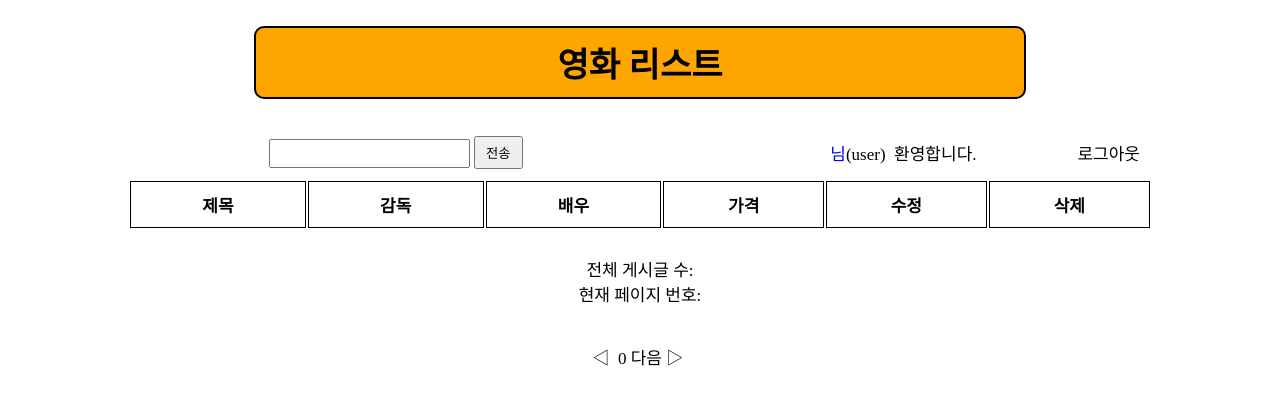
Repository: EverythingOfC/movie
Page: http://localhost/movie/movie/list.jsp
The author's editor kept a copy of each file at every save. The page is drawn from the files as they stood at one save, then again after the next save.
The browser window is 1280 px wide. The pictures show the whole page.
The page is served by Tomcat 9. Nobody is signed in. The application's start-up code is not run. Other server files are loaded and not shown. The template is opened directly, without the code that normally fills it, so the values that code supplies are empty.

Above is the page before, as saved 2023-01-03 09:47:34.

### movie/src/main/webapp/movie/list.jsp
<%@ page language="java" contentType="text/html; charset=UTF-8"
	pageEncoding="UTF-8"%>
<%@ taglib prefix="c" uri="http://java.sun.com/jsp/jstl/core"%>
<!DOCTYPE html>
<html>
<head>
<meta charset="UTF-8">
<title>Insert title here</title>
<link rel="stylesheet" type="text/css" href="../css/movie.css">
</head>
<body>

	<div class="title">
		<h1>영화 리스트</h1>
	</div>

	<div class="main">
		<table>

			<tr>
				<td colspan="3" style="border:0; text-align:center;">
				<form action="ms" method="get">
					<input type="text" name="search" style="padding:5px 10px;">
					<input type="submit" value="전송" style="padding:5px 10px;">
				</form>
				</td>
				<td colspan="2" style="border:0; text-align:right;">
				<c:choose>
					<c:when test="${member.auth eq '1' }">
					<span style="color:red">${member.name}님</span>(admin)
					</c:when>
					<c:otherwise>
					<span style="color:blue">${member.name}님</span>(user)
					</c:otherwise>
				</c:choose>&nbsp;환영합니다.
				</td>
				<td style="border: 0; text-align: right; margin-top: 2vw;">

					<c:if test="${member.auth eq '1' }"><!-- 관리자인 경우에만 -->
					<a href="ms?command=insertForm">영화등록</a>&nbsp;&nbsp;
					</c:if>
					<a href="ms?command=loginForm">로그아웃</a>
				</td>
			</tr>

			<tr>
				<th>제목</th>
				<th>감독</th>
				<th>배우</th>
				<th>가격</th>
				<th>수정</th>
				<th>삭제</th>
			</tr>

			<c:forEach var="movie" items="${movies }">
				<tr>
					<td><a style="color:red;" href="ms?command=view&code=${movie.code}">${movie.title }</a></td>
					<td>${movie.director }</td>
					<td>${movie.actor }</td>
					<td>${movie.price }</td>


					<c:choose>
						<c:when test="${member.auth eq '1' }">	<!-- 관리자인 경우 -->
							<td><a href="ms?command=updateForm&code=${movie.code}">정보
									수정</a></td>
							<td><a href="ms?command=delete&code=${movie.code }">정보
									삭제</a></td>
						</c:when>
						<c:otherwise>
							<td>사용자는 수정불가</td>
							<td>사용자는 삭제불가</td>
						</c:otherwise>

					</c:choose>

				</tr>
			</c:forEach>
		</table>
	</div>

	<div class="page">

		<c:set var="page" value="${paging.getCurrentPage() }"/> <!--  현재 페이지 -->
		<c:set var="beginPage" value="${paging.getBeginPage() }"/>
		<c:set var="endPage" value="${paging.getEndPage() }"/>
		<c:set var="totalPage" value="${paging.getTotalPage() }"/>
		<c:set var="url" value="${url }"/>
		<c:set var="displayPage" value="${paging.getDisplayPage() }"/>


		<p>전체 게시글 수: <span style="color:red">${paging.getTotalCount() }</span></p>
		<p>현재 페이지 번호: <span style="color:red">${page }</span></p>
	</div>


	<div class="pagination">


	<!--  처음으로  -->
	<c:if test="${page == 1}">
		<span> ◁&nbsp; </span>
	</c:if>

	<c:if test="${page != 1 }">
		<a href="${url}&page=1">
		<span> ◁&nbsp; </span>
		</a>
	</c:if>

	<!--  이전으로 -->
		<c:if test="${ page<=1 }">
				<span>이전</span>
		</c:if>
		<c:if test="${ page>1 }">
			<a href="${url }&page=${page-1}">이전</a>
		</c:if>

		<!--  넘버링 부분 -->
		<c:forEach var="item" varStatus = "status" begin="${beginPage }" end="${endPage }" step = "1">

		<c:if test="${page == item }">	<!--  현재 페이지는 클릭 못함 -->
			<span style="font-size:16px; color:red">${item }</span>
		</c:if>

		<c:if test="${page != item }">  <!--  현재 페이지가 아니면 클릭 가능 -->
			<a href="${url }&page=${item}">${item }</a>
		</c:if>

		</c:forEach>


		<!--  다음으로 -->
		<c:if test="${ page>=totalPage }">
				<span>다음</span>
		</c:if>
		<c:if test="${ page<totalPage }">
			<a href="${url }&page=${page+1}">다음</a>
		</c:if>

	<!-- 마지막으로  -->
	<c:if test="${page == totalPage }">
		<span> ▷&nbsp; </span>
	</c:if>
	<c:if test="${page != totalPage }">
		<a href="${url}&page=${totalPage}">
		<span> ▷&nbsp; </span>
		</a>
	</c:if>
	</div>
</body>
</html>

### movie/src/main/webapp/css/movie.css
@charset "UTF-8";

*{
	margin: 0 auto;
}
body{
	font-size:17px;
}
img{
	border:0;
}
a{
	text-decoration:none;
	color:black;
}
a:hover{
	font-weight:bold;
}
li{
	list-style: none;
}

.title{
	margin:2vw auto;
	text-align:center;
	border:2px solid black;
	border-radius:10px;
	background:orange;
	width:60%;
	padding:10px 0;
}
.main table{
	width:80%;
}
.main td,.main th{
	padding:10px;
	border:1px solid black;
	border-collapse: collapse;
}

.insert table td{
	text-align:center;
}
.insert table td input, .i_button input, .insert table td img{
	padding:8px 15px;
	font-weight:bold;
	font-size:14px;
}
.insert table{
	width:50%;
	font-size:17px;
}
.insert td,.insert th{
	padding:8px;
	border:1px solid black;
	border-collapse: collapse;
}
.i_button{
	margin-top:1vw;
	width:50%;
	text-align:center;
}


.login table td{
	text-align:center;
}
.login table td input, .l_button input{
	padding:11px 15px;
	font-weight:bold;
	font-size:14px;
}
.login table{
	width:50%;
	font-size:17px;
}
.login td,.login th{
	padding:8px;
	border:1px solid black;
	border-collapse: collapse;
}
.l_button{
	margin-top:2vw;
	width:50%;
	text-align:center;
}



.sign table td{
	text-align:center;
}

.sign table td label{
	display:inline-block;
	padding:8px 15px;
	font-size:14px;
 }
.sign table td input, .s_button input{
	padding:8px 15px;
	font-weight:bold;
	font-size:14px;
}
.sign table{
	width:50%;
	font-size:17px;
}
.sign td,.sign th{
	padding:8px;
	border:1px solid black;
	border-collapse: collapse;
}
.s_button{
	margin-top:2vw;
	width:50%;
	text-align:center;
}


.update table td{
	text-align:center;
}
.update table td input, .u_button input, .update table td img{
	padding:8px 15px;
	font-weight:bold;
	font-size:14px;
}
.update table{
	width:50%;
	font-size:17px;
}
.update td,.update th{
	padding:8px;
	border:1px solid black;
	border-collapse: collapse;
}
.u_button{
	margin-top:1vw;
	width:50%;
	text-align:center;
}


.view table td{
	text-align:center;
}
.view table td input, .v_button input, .view table td img{
	padding:8px 15px;
	font-weight:bold;
	font-size:14px;
}
.view table{
	width:50%;
	font-size:17px;
}
.view td,.view th{
	padding:8px;
	border:1px solid black;
	border-collapse: collapse;
}
.v_button{
	margin-top:1vw;
	width:50%;
	text-align:center;
}

.page,.pagination{
	width:70%;
	margin-top:2vw;
	text-align:center;
}
.pagination{
	margin-top:3vw;
}

After the next save:
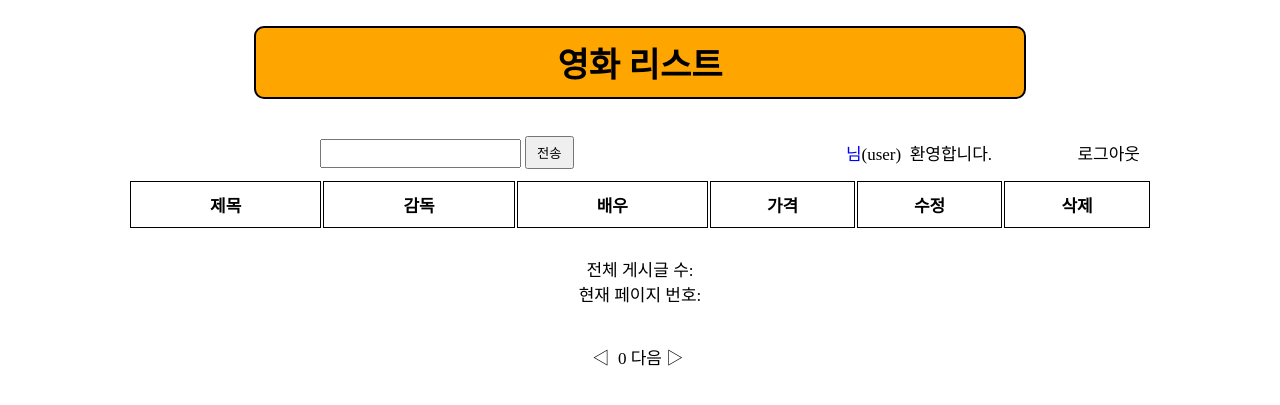
Saved 17 s later.
--- a/movie/src/main/webapp/movie/list.jsp
+++ b/movie/src/main/webapp/movie/list.jsp
@@ -19,7 +19,7 @@
 
 			<tr>
 				<td colspan="3" style="border:0; text-align:center;">
-				<form action="ms" method="get">
+				<form action="ms" method="get">&emsp;&emsp;&emsp;
 					<input type="text" name="search" style="padding:5px 10px;">
 					<input type="submit" value="전송" style="padding:5px 10px;">
 				</form>
